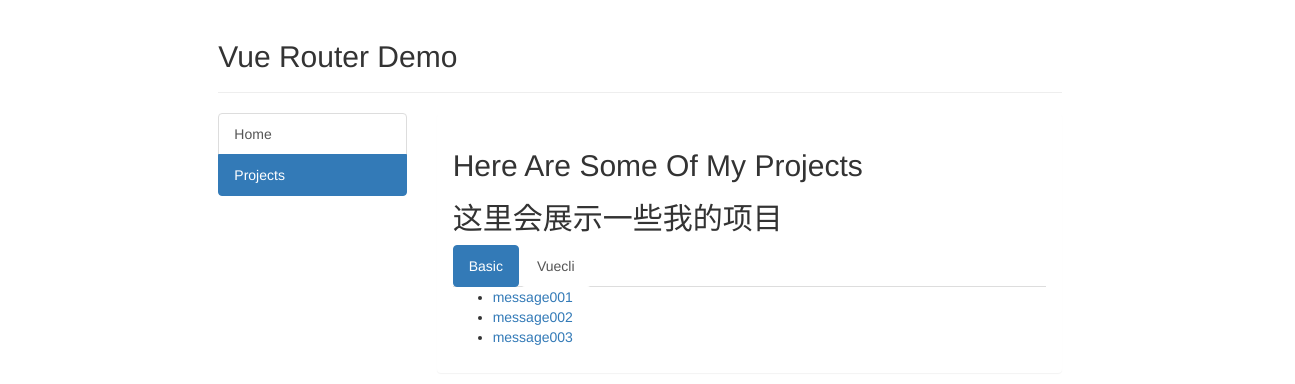
Repository: WAY-C/JSCodes
Page: /#/projects/basic (app in Vue/25路由案例/count/)
These files come from the project's save history. The page is drawn as it stood at one moment and after the next save; the edit follows.
The browser window is 1280 px wide. The page is 1295 px wide, so the pictures cover 1295 px, including what lies to the right of the window. The pictures show the whole page.
The project was rebuilt for these pictures with package versions that can differ from the ones it lists, and the page was loaded fresh each time. Also part of the build but not shown: Vue/25路由案例/count/src/pages/Home.vue, Vue/25路由案例/count/src/pages/Vuecli.vue.

Above is the page before, as saved 2021-10-06 20:39:43.

After the next save:
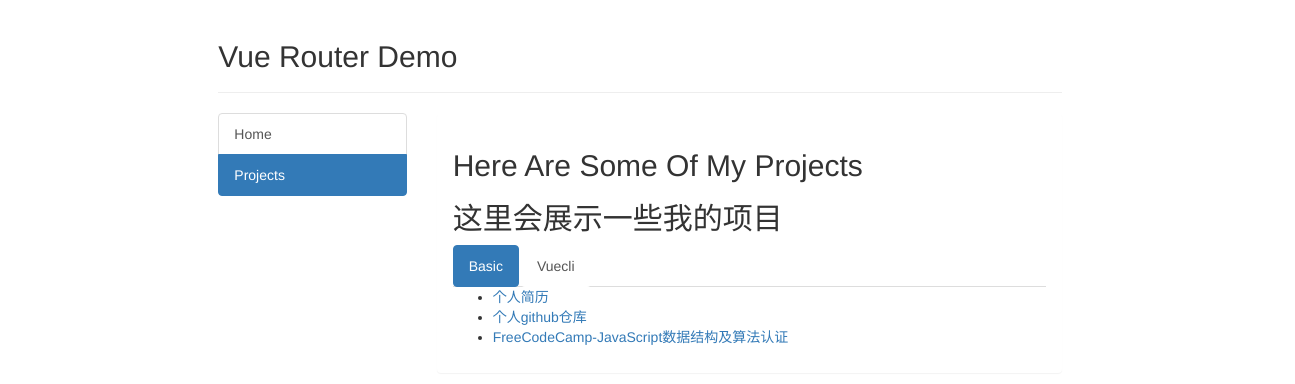
Saved 85 s later.
--- a/Vue/25路由案例/count/src/pages/Basic.vue
+++ b/Vue/25路由案例/count/src/pages/Basic.vue
@@ -1,9 +1,10 @@
 <template>
   <div>
     <ul>
-      <li><a href="/message1">message001</a>&nbsp;&nbsp;</li>
-      <li><a href="/message2">message002</a>&nbsp;&nbsp;</li>
-      <li><a href="/message/3">message003</a>&nbsp;&nbsp;</li>
+      <li v-for="e in basicList" :key="e.id">
+        <a href="/message1">{{ e.content }}</a
+        >&nbsp;&nbsp;
+      </li>
     </ul>
   </div>
 </template>
